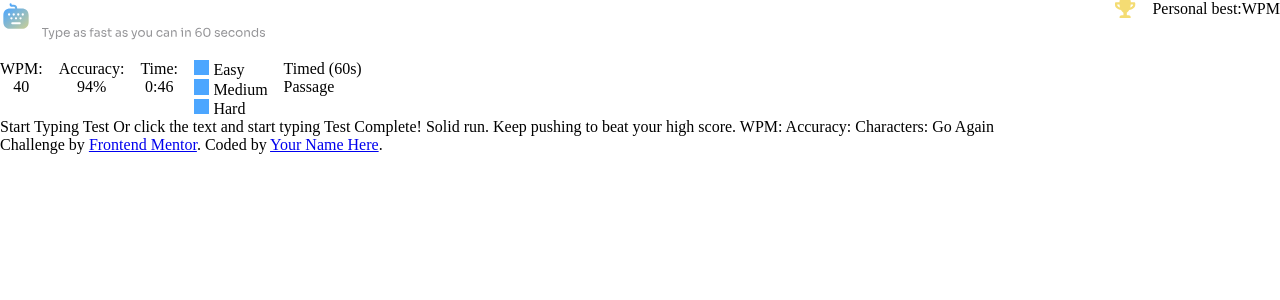
Repository: eva003n/typing-speed-test
Page: index.html
These files come from the project's save history. The page is drawn as it stood at one moment and after the next save; the edit follows.
The browser window is 1280 px wide. The pictures show the whole page.

Above is the page before, as saved 2026-02-13 01:39:58.

### index.html
<!doctype html>
<html lang="en">
  <head>
    <meta charset="UTF-8" />
    <meta name="viewport" content="width=device-width, initial-scale=1.0" />
    <!-- displays site properly based on user's device -->

    <link
      rel="icon"
      type="image/png"
      sizes="32x32"
      href="./assets/images/favicon-32x32.png"
    />
    <link rel="stylesheet" href="/style.css" />
    <title>Frontend Mentor | Typing Speed Test</title>
  </head>
  <body>
    <header class="grid header">
      <div class="flex header-top">
        <div class="header-left">
          <!-- logo -->
          <img
            srcset="
              assets/images/logo-small.svg  32w,
              assets/images/logo-large.svg 267w
            "
            sizes="(width <= 600px) 32px,
               267px"
            src="assets/images/logo-small.svg"
            alt="Typing speed test logo icon"
          />
        </div>
        <div class="flex header-right">
          <svg
            xmlns="http://www.w3.org/2000/svg"
            width="21"
            height="18"
            fill="none"
            viewBox="0 0 21 18"
          >
            <path
              fill="#f4dc73"
              d="M19.406 2.25c.457 0 .844.387.844.844v1.969c0 1.265-.809 2.566-2.18 3.55-1.125.809-2.46 1.301-3.867 1.477-1.125 1.828-2.39 2.566-2.39 2.566v2.531H13.5c1.23 0 2.25.739 2.25 1.97v.421c0 .246-.21.422-.422.422H4.922a.406.406 0 0 1-.422-.422v-.422c0-1.23.984-1.968 2.25-1.968h1.688v-2.532s-1.301-.738-2.426-2.566c-1.407-.176-2.742-.668-3.867-1.477C.773 7.63 0 6.328 0 5.063v-1.97c0-.456.352-.843.844-.843H4.5V.844C4.5.387 4.852 0 5.344 0h9.562c.457 0 .844.387.844.844V2.25zM3.48 6.785c.422.317.915.563 1.477.774A12.7 12.7 0 0 1 4.5 4.5H2.25v.563c0 .421.352 1.125 1.23 1.722M18 5.062V4.5h-2.285a12.7 12.7 0 0 1-.457 3.059c.562-.211 1.055-.457 1.476-.774C17.367 6.363 18 5.66 18 5.062"
            />
          </svg>
          <div class="">
            <p class="best-txt">
              <span class="personal-text">Personal</span>
              best:<span class="typing-unit">WPM</span>
            </p>
          </div>
        </div>
      </div>
      <div class="flex header-bottom">
        <div class="flex header-left">
          <div>
            <p>WPM:</p>
            <span>40</span>
          </div>
          <div>
            <p>Accuracy:</p>
            <span>94%</span>
          </div>
          <div>
            <p>Time:</p>
            <span>0:46</span>
          </div>
        </div>
        <div class="flex header-right">
          <div class="difficulty">
            <p class="difficulty-txt">Difficulty:</p>
            <ul>
              <li>

                <label for="difficulty" class="form-control">
                    <input type="radio" id="difficulty" name="difficultu" />
                  Easy</label>
              </li>
              <li>

                <label for="difficulty" class="form-control">
                  <input type="radio" id="difficulty" name="difficultu" />
                  Medium</label>
              </li>
              <li>

                <label for="difficulty" class="form-control">
                  <input type="radio" id="difficulty" name="difficultu" />
                  Hard</label>
              </li>
            </ul>
          </div>
          <div class="mode">
            <p class="mode-txt">Mode:</p>
            <ul>
              <li>Timed (60s)</li>
              <li>Passage</li>
            </ul>
          </div>
        </div>
      </div>
    </header>
    <section></section>

    <!-- Passage -->

    Start Typing Test Or click the text and start typing

    <!-- Test Complete Start -->

    Test Complete! Solid run. Keep pushing to beat your high score. WPM:
    <!-- WPM -->
    Accuracy:
    <!-- Accuracy -->
    Characters:
    <!-- Correct/Incorrect -->

    Go Again

    <!-- Test Complete End -->

    <div class="attribution">
      Challenge by
      <a href="https://www.frontendmentor.io?ref=challenge">Frontend Mentor</a>.
      Coded by <a href="#">Your Name Here</a>.
    </div>
  </body>
</html>

### style.css
/* sora-regular - latin */
@font-face {
  font-display: swap; /* Check https://developer.mozilla.org/en-US/docs/Web/CSS/@font-face/font-display for other options. */
  font-family: 'Sora';
  font-style: normal;
  font-weight: 400;
  src: url('/assets/fonts/sora-v17-latin-regular.woff2') format('woff2'); /* Chrome 36+, Opera 23+, Firefox 39+, Safari 12+, iOS 10+ */
}
/* sora-600 - latin */
@font-face {
  font-display: swap; /* Check https://developer.mozilla.org/en-US/docs/Web/CSS/@font-face/font-display for other options. */
  font-family: 'Sora';
  font-style: normal;
  font-weight: 600;
  src: url('/assets/fonts/sora-v17-latin-600.woff2') format('woff2'); /* Chrome 36+, Opera 23+, Firefox 39+, Safari 12+, iOS 10+ */
}
/* sora-700 - latin */
@font-face {
  font-display: swap; /* Check https://developer.mozilla.org/en-US/docs/Web/CSS/@font-face/font-display for other options. */
  font-family: 'Sora';
  font-style: normal;
  font-weight: 700;
  src: url('/assets/fonts/sora-v17-latin-700.woff2') format('woff2'); /* Chrome 36+, Opera 23+, Firefox 39+, Safari 12+, iOS 10+ */
}

:root {
--green-500: hsl(140, 63%, 57%);
--red-500: hsl(354, 63%, 57%);
--yellow-400: hsl(49, 85%, 70%);

--blue-600: hsl(214, 100%, 55%);
--blue-400: hsl(210, 100%, 65%);


--neutral-900: hsl(0, 0%, 7%);
--neutral-800: hsl(0, 0%, 15%);
--neutral-500: hsl(240, 3%, 46%);
--neutral-400: hsl(240, 1%, 59%);
--neutral-0: hsl(0, 0%, 100%);

--fz-sm: 1rem;

--fw-400: 400;
--fw-600: 600;
--fw-700: 700;
}

*,
*::before,
*::after {
  box-sizing: border-box;
    margin: 0;
    padding: 0;
}

body {
    min-height: 100svh;
    font-size: var(--fz-sm);

}

ul {
  list-style: none;
}

input[type="radio"] {

  --webkit-appearance: none;
  appearance: none; /* removes all inherited browser styles */
  background: var(--blue-400);
  width: 1.15em;
  height: 1.15em;

}

.grid {
  display: grid;
  gap: var(--gap, 1rem);
}
.flex {
  display: flex;
  gap: var(--gap, 1rem);
}

.header {

}
.header-top {
  justify-content: space-between;
}
.header-bottom .header-left {
  text-align: center;

}

.difficulty-txt ,
.mode-txt {
  display: none;
}

After the next save:
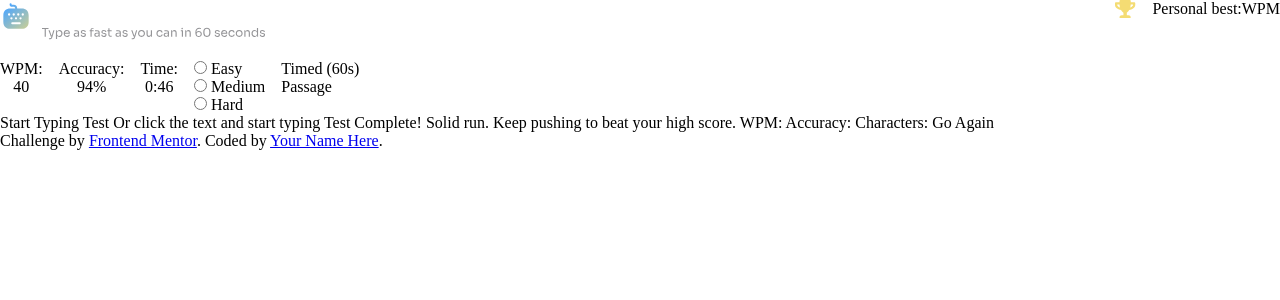
Saved 5 s later.
--- a/style.css
+++ b/style.css
@@ -63,15 +63,7 @@
   list-style: none;
 }
 
-input[type="radio"] {
 
-  --webkit-appearance: none;
-  appearance: none; /* removes all inherited browser styles */
-  background: var(--blue-400);
-  width: 1.15em;
-  height: 1.15em;
-
-}
 
 .grid {
   display: grid;

After the 5 saves that followed:
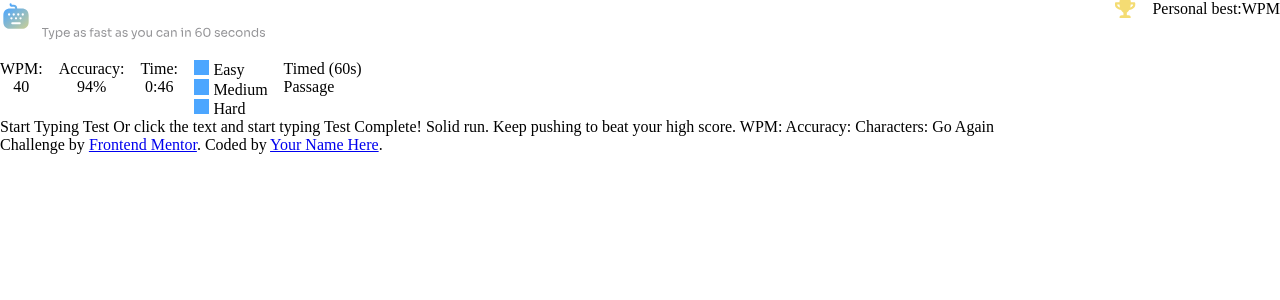
The 5 saves are shown as one change because 1 left the picture as it was and some came seconds apart.
The last was saved 16 s later.
--- a/style.css
+++ b/style.css
@@ -89,3 +89,16 @@
 .mode-txt {
   display: none;
 }
+.form-control {
+
+}
+
+input[type="radio"] {
+
+  --webkit-appearance: none;
+  appearance: none; /* removes all inherited browser styles */
+  background: var(--blue-400);
+  width: 1.15em;
+  height: 1.15em;
+
+}
